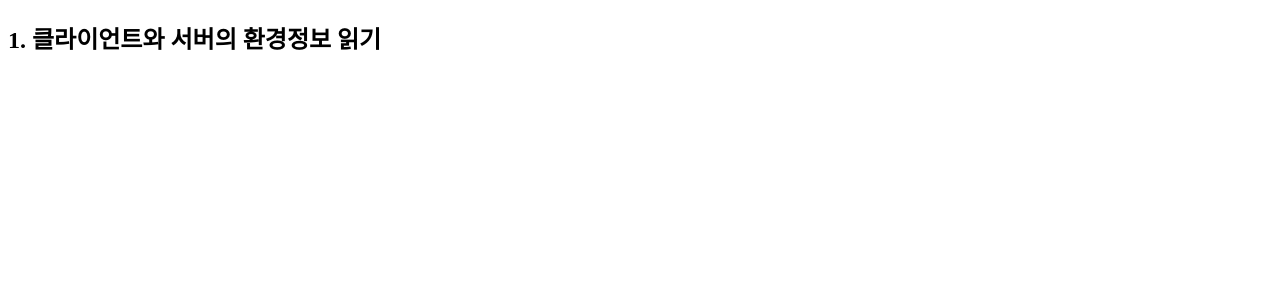
Repository: devgolol/JSP-_Servlet
Page: http://localhost/MustHaveJSP/02ImplicitObject/RequestWebInfo.jsp
An editor plug-in stored every save of this project. The page is shown before and after the next save, followed by the edit.
The browser window is 1280 px wide. The pictures show the whole page.
The page is served by Tomcat 10. Other server files are loaded and not shown.

Above is the page before, as saved 2025-05-02 05:58:16.

### MustHaveJSP/src/main/webapp/02ImplicitObject/RequestWebInfo.jsp
<%@ page language="java" contentType="text/html; charset=UTF-8"
    pageEncoding="UTF-8"%>
<!DOCTYPE html>
<html>
<head>
<meta charset="UTF-8">
<title>내장 객체 - request</title>
</head>
<body>
<h2>1. 클라이언트와 서버의 환경정보 읽기</h2>
</body>
</html>

After the next save:
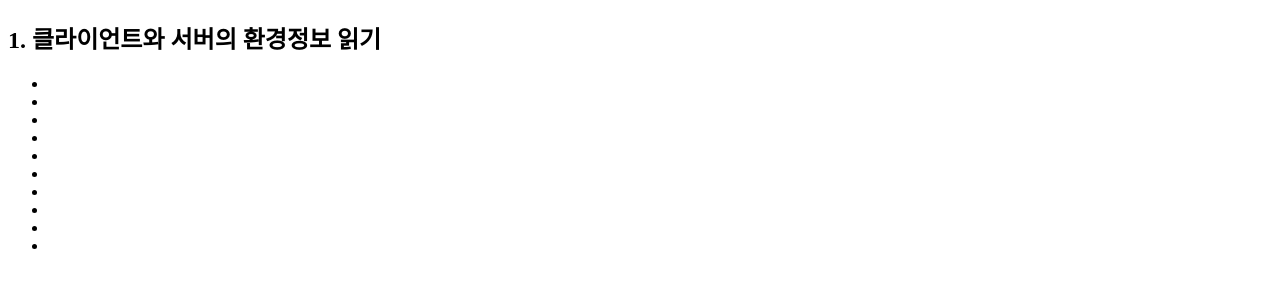
Saved 36 s later.
--- a/MustHaveJSP/src/main/webapp/02ImplicitObject/RequestWebInfo.jsp
+++ b/MustHaveJSP/src/main/webapp/02ImplicitObject/RequestWebInfo.jsp
@@ -8,5 +8,18 @@
 </head>
 <body>
 <h2>1. 클라이언트와 서버의 환경정보 읽기</h2>
+	<ul>
+		<li></li>
+		<li></li>
+		<li></li>
+		<li></li>
+		<li></li>
+		<li></li>
+		<li></li>
+		<li></li>
+		<li></li>
+		<li></li>
+	</ul>
+
 </body>
 </html>
